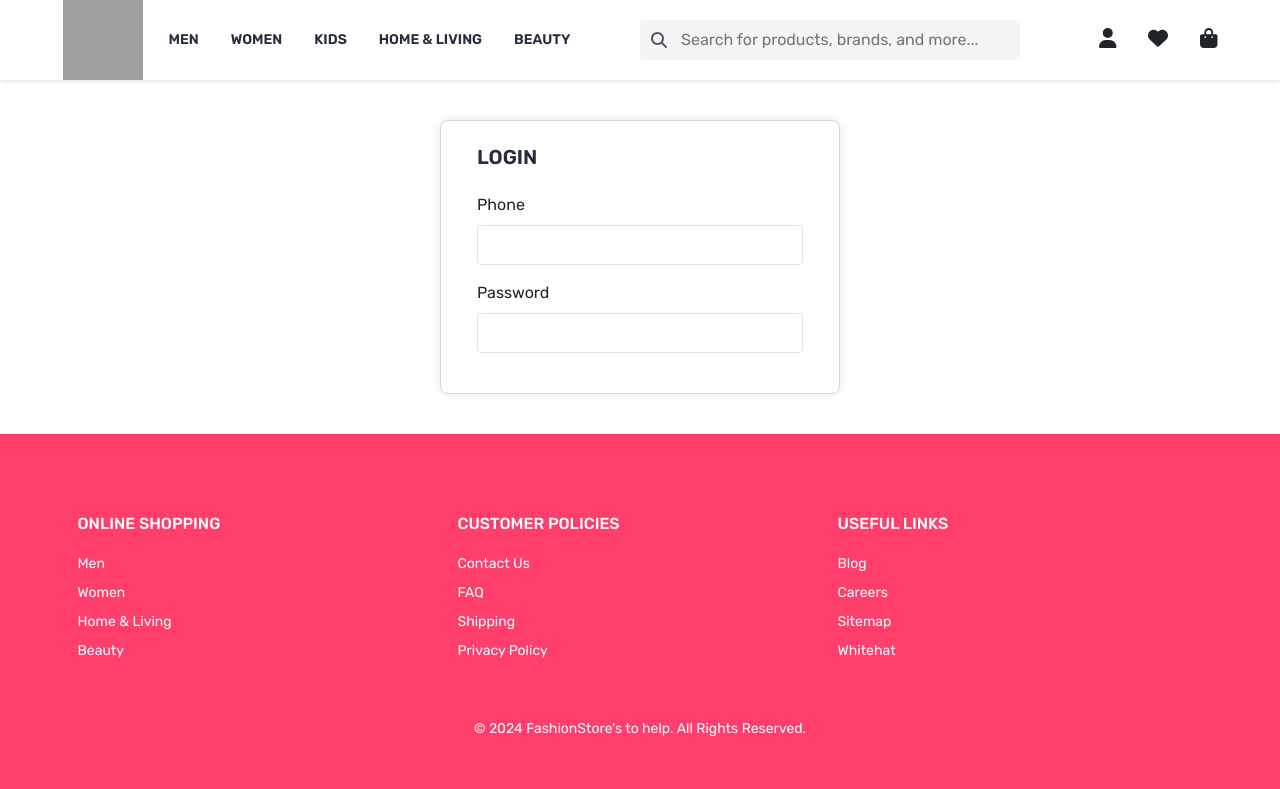
Repository: litaiqiang1407/Khanh-FashionStore
Page: /login
An editor plug-in stored every save of this project. The page is shown before and after the next save, followed by the edit.
The browser window is 1280 px wide. The pictures show the whole page.
Pictures or frames that could not be fetched are drawn as grey boxes. The project was rebuilt for these pictures with package versions that can differ from the ones it lists, and the page was loaded fresh each time. Also part of the build but not shown: src/pages/Home/Banner/index.js, src/functions/interactData.js, src/pages/Home/Products/index.js, src/pages/Home/index.js, src/pages/ProductDetail/index.js.

Above is the page before, as saved 2024-04-14 13:23:05.

### public/index.html
<!DOCTYPE html>
<html lang="en">
  <head>
    <meta charset="utf-8" />
    <link
      rel="icon"
      href="https://cdn.dribbble.com/userupload/7899795/file/original-7c498c1b6e9bb43ac93fe5918fafdf99.jpg?resize=1200x1200"
    />
    <meta name="viewport" content="width=device-width, initial-scale=1" />
    <title>Fashion Store</title>
    <link
      href="https://cdn.jsdelivr.net/npm/bootstrap@5.3.3/dist/css/bootstrap.min.css"
      rel="stylesheet"
      integrity="sha384-QWTKZyjpPEjISv5WaRU9OFeRpok6YctnYmDr5pNlyT2bRjXh0JMhjY6hW+ALEwIH"
      crossorigin="anonymous"
    />
  </head>
  <body>
    <div id="root"></div>
    <script
      src="https://cdn.jsdelivr.net/npm/bootstrap@5.3.3/dist/js/bootstrap.bundle.min.js"
      integrity="sha384-YvpcrYf0tY3lHB60NNkmXc5s9fDVZLESaAA55NDzOxhy9GkcIdslK1eN7N6jIeHz"
      crossorigin="anonymous"
    ></script>
  </body>
</html>

### src/index.js
import React from "react";
import ReactDOM from "react-dom/client";

import App from "./App";
import reportWebVitals from "./reportWebVitals";
import { GlobalStyles } from "./components";

const root = ReactDOM.createRoot(document.getElementById("root"));
root.render(
  <React.StrictMode>
    <GlobalStyles>
      {" "}
      <App />
    </GlobalStyles>
  </React.StrictMode>
);

// If you want to start measuring performance in your app, pass a function
// to log results (for example: reportWebVitals(console.log))
// or send to an analytics endpoint. Learn more: https://bit.ly/CRA-vitals
reportWebVitals();

### src/App.js
import { BrowserRouter as Router, Routes, Route } from "react-router-dom";
import { publicRoutes } from "./routes";
import { Fragment } from "react";

function App() {
  return (
    <Router>
      <div className="App">
        <Routes>
          {publicRoutes.map((route, index) => {
            let Layout = route.layout;
            let MiniLayout = route.miniLayout;

            if (!route.layout) {
              Layout = Fragment;
            }

            if (!route.miniLayout) {
              MiniLayout = Fragment;
            }

            const Page = route.component;
            return (
              <Route
                key={index}
                path={route.path}
                element={
                  <Layout>
                    <MiniLayout>
                      <Page />
                    </MiniLayout>
                  </Layout>
                }
              />
            );
          })}
        </Routes>
      </div>
    </Router>
  );
}

export default App;

### src/components/index.js
export { default as GlobalStyles } from "./GlobalStyles";

### src/routes/index.js
import { UserLayout } from "~/components/Layout";
import { Home, Login, ProductDetail } from "~/pages";

const publicRoutes = [
  {
    path: "/",
    component: Home,
    layout: UserLayout,
  },
  {
    path: "/product-detail/:id",
    component: ProductDetail,
    layout: UserLayout,
  },
  {
    path: "/login",
    component: Login,
    layout: UserLayout,
  },
];

const privateRoutes = [];

export { publicRoutes, privateRoutes };

### src/components/Layout/index.js
export { default as UserLayout } from "./UserLayout";

### src/pages/index.js
export { default as Home } from "./Home";
export { default as ProductDetail } from "./ProductDetail";
export { default as Login } from "./Login";

### src/components/GlobalStyles/GlobalStyles.scss
@import "normalize.css";
@import url("https://fonts.googleapis.com/css2?family=Rubik:ital,wght@0,300..900;1,300..900&display=swap");

:root {
  --black: #000;
  --white: #fff;
  --gray: #f5f5f6;
  --primary-color: #ff3e6c;
  --primary-text-color: #282c3f;
  --secondary-text-color: #535766;
  --primary-border-color: #d4d5d9;
  --price: #ff3e6c;
}

* {
  box-sizing: border-box;
}

html {
  font-size: 62.5%;
}

body {
  font-family: "Rubik", sans-serif;
  font-size: 1.6rem;
  line-height: 1.5;
  text-rendering: optimizeSpeed;
}

body::-webkit-scrollbar {
  display: none;
}

button,
input,
[tabindex] {
  border: none;
  outline: none;
  &:focus {
    outline: none;
  }
}

a[href] {
  text-decoration: none;
  color: var(--text-black-color);
}

ul {
  list-style-type: none;
  padding: 0;
  margin: 0;
}

### src/components/Layout/UserLayout/index.js
import { Footer, Header } from "../Components";

function UserLayout({ children }) {
  return (
    <div>
      <Header />
      {children}
      <Footer />
    </div>
  );
}

export default UserLayout;

### src/pages/Login/index.js
import { Form } from "react-bootstrap";
import classNames from "classnames/bind";
import styles from "./Login.module.scss";
const cx = classNames.bind(styles);
function Login() {
  return (
    <div className={cx("form-container")}>
      <h2 className={cx("form-title")}>LOGIN</h2>
      <Form className={cx("form")}>
        <Form.Group className={cx("form-group")} controlId="formPhone">
          <Form.Label className={cx("form-label")}>Phone</Form.Label>
          <Form.Control
            className={cx("form-input")}
            type="phone"
          ></Form.Control>
        </Form.Group>
        <Form.Group className={cx("form-group")} controlId="formPassword">
          <Form.Label className={cx("form-label")}>Password</Form.Label>
          <Form.Control
            className={cx("form-input")}
            type="password"
          ></Form.Control>
        </Form.Group>
      </Form>
    </div>
  );
}

export default Login;

### src/pages/ProductDetail/ProductDetail.module.scss
@import "~bootstrap/scss/bootstrap";

.product-detail {
  padding: 0;

  .product-detail__container {
    padding: 0;

    .product-image__container {
      padding: 0 120px;

      .product-image {
        width: 420px;
        height: 560px;
      }
    }

    .product-info {
      padding: 0;

      .product-brand {
        font-size: 2.4rem;
        color: var(--primary-text-color);
        font-weight: 600;
      }

      .product-name {
        font-size: 2rem;
        color: var(--primary-text-color);
        margin: 6px 0 12px;
        font-weight: 400;
      }

      .product-rating {
        display: flex;
        align-items: center;
        border: 1px solid var(--primary-border-color);
        padding: 4px 8px;
        max-width: 204px;

        .rating-value {
          font-size: 1.6rem;
          color: var(--primary-text-color);
          font-weight: 600;
        }

        .rating-icon {
          margin-left: 8px;
          color: var(--primary-color);
          font-size: 1.4rem;
        }

        .rating-number {
          font-size: 1.6rem;
          color: var(--primary-text-color);
          padding-left: 8px;
          margin-left: 8px;
          border-left: 2px solid var(--primary-border-color);
        }
      }

      .price-container {
        margin-top: 12px;
        padding-top: 16px;
        border-top: 1px solid var(--primary-border-color);

        .product-price {
          font-size: 2.4rem;
          color: var(--price);
          font-weight: 600;
        }
      }

      .select-size_title {
        display: block;
        margin-top: 12px;
        font-size: 1.6rem;
        color: var(--primary-text-color);
        margin-top: 12px;
        font-weight: 600;
      }

      .select-size {
        display: flex;
        align-items: center;
        margin-top: 12px;

        .size {
          margin-right: 16px;
          display: flex;
          justify-content: center;
          align-items: center;
          width: 50px;
          height: 50px;
          border: 1px solid var(--primary-border-color);
          font-size: 1.6rem;
          color: var(--primary-text-color);
          cursor: pointer;
          border-radius: 999px;
          font-weight: 600;

          &:hover {
            border: 1px solid var(--primary-color);
            color: var(--primary-color);
          }
        }
      }

      .product-actions {
        margin: 20px 0;
        display: flex;
        padding-bottom: 20px;
        border-bottom: 1px solid var(--primary-border-color);

        .add-to-cart {
          display: flex;
          justify-content: center;
          align-items: center;
          height: 52px;
          background-color: var(--primary-color);
          color: var(--white);
          font-size: 1.6rem;
          font-weight: 600;
          padding: 0 80px;
          cursor: pointer;
          border-radius: 4px;
          border: 2px solid var(--primary-color);

          &:hover {
            background-color: var(--white);
            color: var(--primary-color);
            border: 2px solid var(--primary-color);
          }

          .cart-icon {
            margin-right: 8px;
          }
        }

        .wishlist {
          display: flex;
          align-items: center;
          height: 52px;
          background-color: var(--white);
          color: var(--black);
          font-size: 1.6rem;
          font-weight: 600;
          padding: 0 60px;
          cursor: pointer;
          border-radius: 4px;
          margin-left: 16px;
          border: 1px solid var(--primary-border-color);

          &:hover {
            color: var(--primary-color);
            border: 1px solid var(--primary-color);
          }

          .wishlist-icon {
            margin-right: 8px;
          }
        }
      }

      .product-description_title {
        font-size: 1.6rem;
        color: var(--primary-text-color);
        font-weight: 600;
      }

      .product-description {
        font-size: 1.6rem;
        color: var(--primary-text-color);
        margin-top: 12px;
      }
    }
  }
}

### src/pages/Login/Login.module.scss
@import "~bootstrap/scss/bootstrap";

.form-container {
  margin: 0 auto;
  padding: 24px 36px;
  width: 400px;
  border: 1px solid var(--primary-border-color);
  border-radius: 8px;
  box-shadow: 0 0 10px 0 rgba(0, 0, 0, 0.1);

  .form-title {
    font-size: 2rem;
    color: var(--primary-text-color);
    font-weight: 600;
    margin-bottom: 24px;
  }

  .form-group {
    margin-bottom: 16px;
    .form-label {
      font-size: 1.6rem;
      margin-bottom: 8px;
    }

    .form-input {
      height: 40px;

      &:focus {
        border-color: var(--primary-color);
        box-shadow: 0 0 0 0.2rem rgba(255, 27, 103, 0.25);
      }
    }
  }
}

### src/components/Layout/Components/Footer/index.js
import { Container, Row, Col } from "react-bootstrap";

import classNames from "classnames/bind";
import styles from "./Footer.module.scss";
const cx = classNames.bind(styles);
function Footer() {
  return (
    <footer className={cx("footer")}>
      <Container className={cx("footer-container")}>
        <Row>
          <Col lg={4}>
            <h3 className={cx("footer-title")}>ONLINE SHOPPING</h3>
            <ul className={cx("footer-list")}>
              <li className={cx("footer-item")}>
                <a href="/" className={cx("footer-link")}>
                  Men
                </a>
              </li>
              <li className={cx("footer-item")}>
                <a href="/" className={cx("footer-link")}>
                  Women
                </a>
              </li>
              <li className={cx("footer-item")}>
                <a href="/" className={cx("footer-link")}>
                  Home & Living
                </a>
              </li>
              <li className={cx("footer-item")}>
                <a href="/" className={cx("footer-link")}>
                  Beauty
                </a>
              </li>
            </ul>
          </Col>
          <Col lg={4}>
            <h3 className={cx("footer-title")}>CUSTOMER POLICIES</h3>
            <ul className={cx("footer-list")}>
              <li className={cx("footer-item")}>
                <a href="/contact" className={cx("footer-link")}>
                  Contact Us
                </a>
              </li>
              <li className={cx("footer-item")}>
                <a href="/" className={cx("footer-link")}>
                  FAQ
                </a>
              </li>
              <li className={cx("footer-item")}>
                <a href="/" className={cx("footer-link")}>
                  Shipping
                </a>
              </li>
              <li className={cx("footer-item")}>
                <a href="/" className={cx("footer-link")}>
                  Privacy Policy
                </a>
              </li>
            </ul>
          </Col>
          <Col lg={4}>
            <h3 className={cx("footer-title")}>USEFUL LINKS</h3>
            <ul className={cx("footer-list")}>
              <li className={cx("footer-item")}>
                <a href="/" className={cx("footer-link")}>
                  Blog
                </a>
              </li>
              <li className={cx("footer-item")}>
                <a href="/" className={cx("footer-link")}>
                  Careers
                </a>
              </li>
              <li className={cx("footer-item")}>
                <a href="/" className={cx("footer-link")}>
                  Sitemap
                </a>
              </li>
              <li className={cx("footer-item")}>
                <a href="/" className={cx("footer-link")}>
                  Whitehat
                </a>
              </li>
            </ul>
          </Col>
        </Row>

        <div className={cx("footer-bottom")}>
          &copy; 2024 FashionStore's to help. All Rights Reserved.
        </div>
      </Container>
    </footer>
  );
}

export default Footer;

### src/pages/Home/Banner/Banner.module.scss
@import "~bootstrap/scss/bootstrap";

.banner {
  padding: 0;
  .banner-img {
    width: 100%;
  }
}

### src/pages/Home/Products/Products.module.scss
@import "~bootstrap/scss/bootstrap";

.products {
  margin-top: 40px;

  .header {
    display: flex;
    margin-left: 25px;

    .header-title {
      font-size: 1.6rem;
      color: var(--primary-text-color);
      margin: 0;
      line-height: 16px;
    }

    .header-count {
      font-size: 1.6rem;
      color: var(--secondary-text-color);
      line-height: 16px;
    }
  }

  .body {
    margin-top: 24px;
    .filter-header {
      margin: 0 0 15px 25px;
      height: 20px;
      display: flex;
      justify-content: space-between;
      align-items: center;

      .filter-header__title {
        font-size: 2rem;
        color: var(--primary-text-color);
        font-weight: 600;
      }
      .filter-header__clear {
        font-size: 1.6rem;
        color: var(--primary-color);
        font-weight: 600;
      }
    }

    .filter-gender {
      padding: 20px 0 20px 25px;
      border-top: 1px solid var(--primary-border-color);
      border-right: 1px solid var(--primary-border-color);

      .gender-list {
        padding: 0;
        margin: 0;

        .gender-item {
          margin-bottom: 8px;
          .item-label {
            display: flex;
            align-items: center;
            .item-input {
              width: 16px;
              height: 16px;
            }

            .item-value {
              margin-left: 16px;
              font-size: 1.4rem;
              color: var(--primary-text-color);
              font-weight: 600;
            }
          }
        }
      }
    }

    .filter-category {
      padding: 20px 0 20px 25px;
      border-top: 1px solid var(--primary-border-color);
      border-right: 1px solid var(--primary-border-color);

      .category-title {
        display: block;
        margin: 0 0 18px;
        font-size: 1.6rem;
        color: var(--primary-text-color);
        font-weight: 600;
      }
      .category-list {
        padding: 0;
        margin: 0;

        .category-item {
          margin-bottom: 8px;
          .item-label {
            display: flex;
            align-items: center;
            .item-input {
              width: 16px;
              height: 16px;
            }

            .item-value {
              margin-left: 16px;
              font-size: 1.4rem;
              color: var(--primary-text-color);
            }
          }
        }
      }
    }

    .product {
      padding: 0 24px;
      .product-header {
        display: flex;
        justify-content: flex-end;
        align-items: center;
        padding-bottom: 20px;
        border-bottom: 1px solid var(--primary-border-color);

        .sort-by {
          display: flex;
          align-items: center;
          width: 300px;
          height: 38px;
          border: 1px solid var(--primary-border-color);
          border-radius: 2px;
          padding-left: 16px;

          .sort-by__title {
            color: var(--primary-text-color);
            margin-right: 24px;
            font-size: 1.4rem;
          }

          .sort-by__value {
            color: var(--primary-text-color);
            font-size: 1.4rem;
            font-weight: 700;
          }
        }
      }

      .product-body {
        margin-top: 20px;
        .product-list {
          margin: 0;
          padding: 0;
          display: flex;
          flex-wrap: wrap;
          justify-content: space-between;
          .product-item {
            margin-bottom: 16px;
            transition: all 0.3s ease;
            overflow: hidden;
            border: 1px solid transparent;

            &:hover {
              transform: scale(1.05);
              border: 1px solid var(--primary-color);
            }
            .item-link {
              transition: transform 0.2s;

              &:hover {
                transform: scale(1.1);
              }
              .product-img {
                width: 210px;
                height: 280px;
              }

              .product-info {
                margin-top: 12px;
                padding: 0 10px;

                .product-brand {
                  color: var(--primary-text-color);
                  font-size: 1.6rem;
                  font-weight: 600;
                }
                .product-name {
                  color: var(--primary-text-color);
                  font-size: 1.4rem;
                }
                .product-price {
                  color: var(--price);
                  font-size: 1.6rem;
                  font-weight: 600;
                }
              }
            }
          }
        }
      }
    }
  }
}

.product-footer {
  margin-top: 20px;
  display: flex;
  justify-content: flex-end;

  .load-more {
    height: 40px;
    width: 120px;
    border: 1px solid var(--primary-color);
    border-radius: 2px;
    color: var(--primary-color);
    font-size: 1.6rem;
    background-color: var(--white);

    &:hover {
      background-color: var(--primary-color);
      color: var(--white);
    }
  }
}

### src/components/Layout/Components/Header/Header.module.scss
@import "~bootstrap/scss/bootstrap";

.header {
  height: 80px;
  position: sticky;
  top: 0;
  z-index: 1000;
  background-color: var(--white);
  box-shadow: 0 2px 4px rgba(0, 0, 0, 0.1);
  margin-bottom: 40px;

  .header-container {
    padding: 0;

    .header-row {
      padding: 0;

      .header-col {
        padding: 0;

        .header-logo {
          padding: 0;

          .logo {
            height: 80px;
            width: 80px;
          }
        }

        .navbar-header {
          height: 80px;
          .nav-link {
            height: 100%;
            padding: 0 16px;
            font-size: 1.4rem;
            font-weight: 600;
            line-height: 80px;
            color: var(--primary-text-color);

            &:hover {
              color: var(--primary-color);
              border-bottom: 3px solid var(--primary-color);
            }
          }
        }
      }

      .header-options {
        padding: 20px 0;
        height: 80px;

        .header-search {
          height: 40px;
          padding: 12px 10px;
          display: flex;
          align-items: center;
          background-color: var(--gray);
          border: 1px solid transparent;
          border-radius: 4px;

          &:focus-within {
            background-color: var(--white);
            border: 1px solid var(--primary-color);
          }

          .search-icon {
            font-size: 1.6rem;
            color: var(--secondary-text-color);
            margin-right: 12px;
          }

          .search-input {
            width: 90%;
            font-size: 1.6rem;
            color: var(--secondary-text-color);
            background-color: var(--gray);

            &:focus {
              background-color: var(--white);
            }
          }
        }

        .header-actions {
          display: flex;
          justify-content: flex-end;
          align-items: center;

          .action-icon {
            margin-left: 32px;
            font-size: 2rem;

            &:hover {
              color: var(--primary-color);
            }
          }
        }
      }
    }
  }
}

### src/components/Layout/Components/Footer/Footer.module.scss
@import "~bootstrap/scss/bootstrap";

.footer {
  margin-top: 40px;
  background-color: var(--primary-color);
  padding: 40px 0;

  .footer-container {
    margin-top: 40px;

    .footer-title {
      color: var(--white);
      font-size: 1.6rem;
      margin-bottom: 20px;
    }

    .footer-list {
      padding: 0;
      font-size: 1.4rem;
      color: var(--white);
    }

    .footer-item {
      margin-bottom: 8px;
    }
  }
}

.footer-bottom {
  height: 40px;
  padding: 0;
  font-size: 1.4rem;
  margin-top: 40px;
  color: var(--white);
  background-color: var(--primary-color);
  text-align: center;
  line-height: 40px;
}

Loaded but not shown: src/reportWebVitals.js (common file); src/components/GlobalStyles/index.js (common file); src/components/Layout/Components/index.js (common file); src/components/Layout/Components/Header/index.js (93 lines, source omitted)

After the next save:
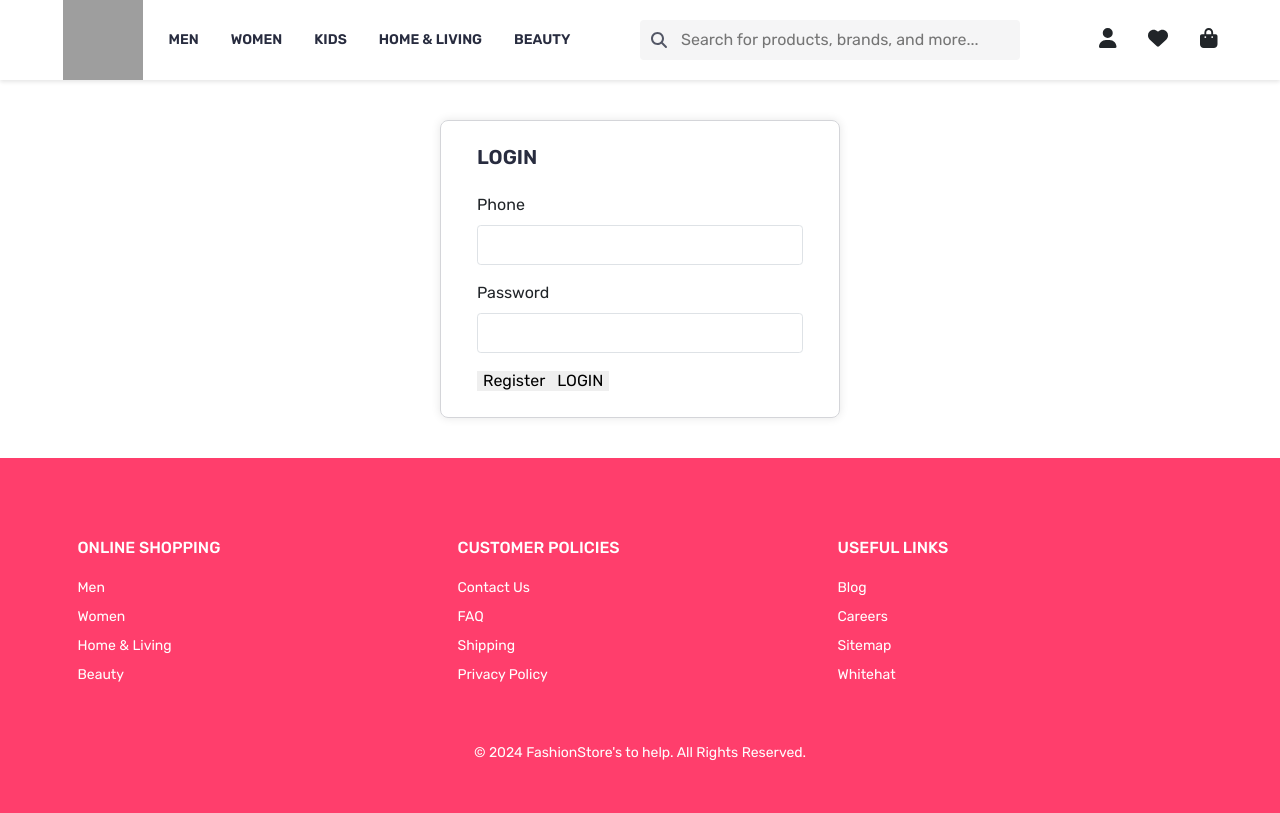
Saved 98 s later.
--- a/src/pages/Login/index.js
+++ b/src/pages/Login/index.js
@@ -21,6 +21,14 @@ function Login() {
             type="password"
           ></Form.Control>
         </Form.Group>
+        <div className={cx("form-action")}>
+          <button className={cx("form-button")} href="/register">
+            Register
+          </button>
+          <button type="submit" className={cx("form-button")}>
+            LOGIN
+          </button>
+        </div>
       </Form>
     </div>
   );
